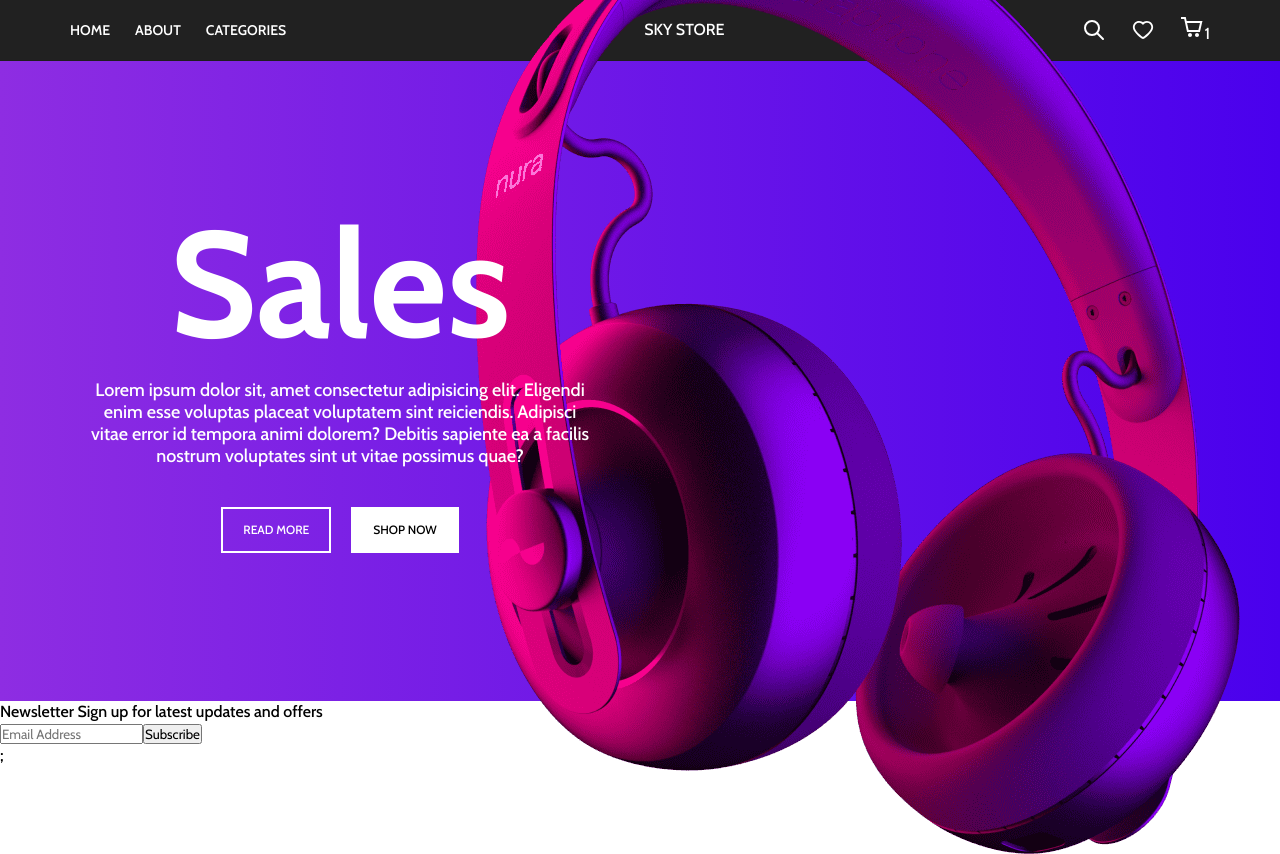
Repository: suraj-yadav7/ecommerce
Page: /
An editor plug-in stored every save of this project. The page is shown before and after the next save, followed by the edit.
The browser window is 1280 px wide. The pictures show the whole page.
The project was rebuilt for these pictures with package versions that can differ from the ones it lists, and the page was loaded fresh each time. Also part of the build but not shown: src/components/Home/Home.scss, src/components/Category/Category.scss, src/components/Category/Category.jsx, src/components/SingleProduct/SingleProduct.scss, src/components/SingleProduct/SingleProduct.jsx, src/App.scss, src/components/Header/Search/Search.scss, src/components/Header/Search/Search.jsx and 4 more.

Above is the page before, as saved 2023-06-17 14:09:04.

After the next save:
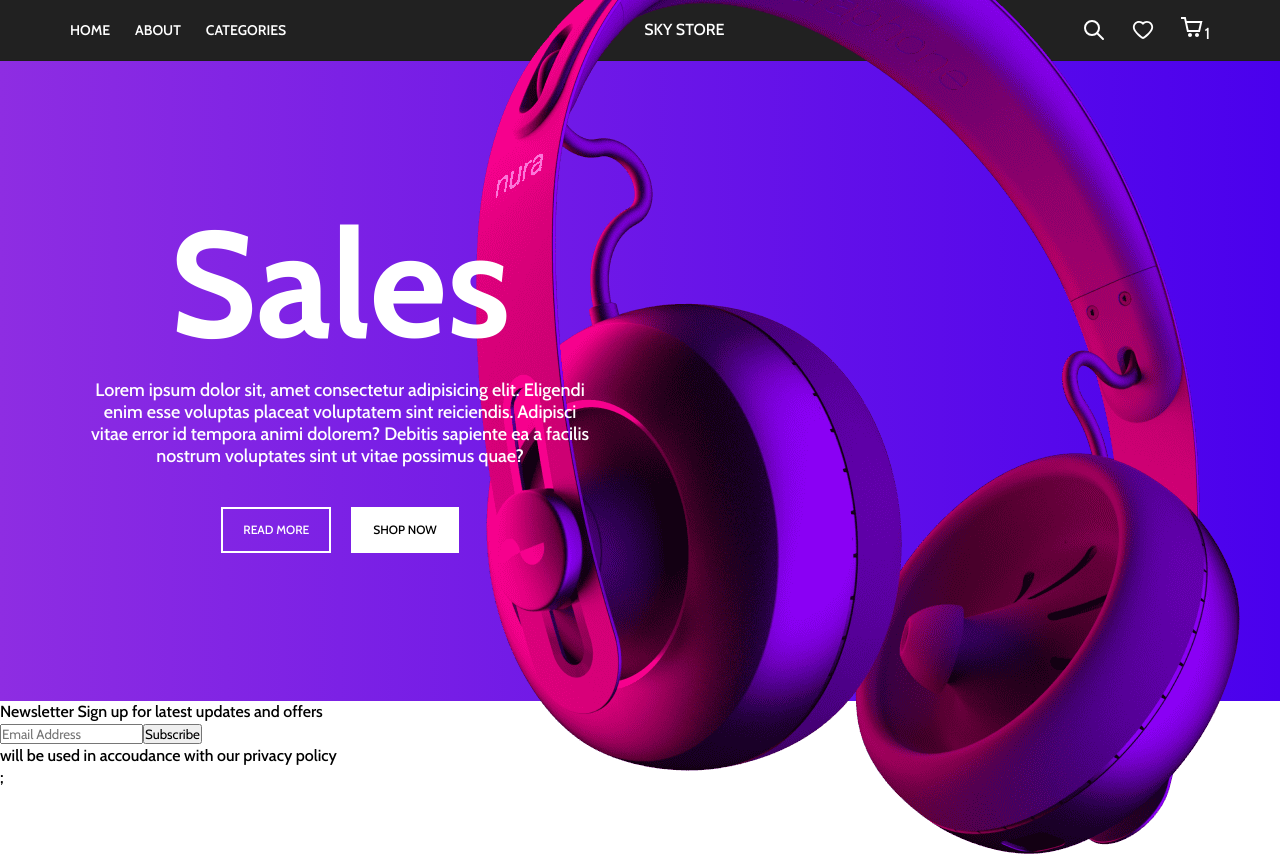
Saved 2 min 10 s later.
--- a/src/components/Footer/Newsletter/Newsletter.jsx
+++ b/src/components/Footer/Newsletter/Newsletter.jsx
@@ -18,6 +18,10 @@
                     <input type="text" placeholder="Email Address" />
                     <button>Subscribe</button>
                 </div>
+                <div className="text">will be used in accoudance with our privacy policy </div>
+                <div className="social-icons">
+                    <div className="icon"></div>
+                </div>
             </div>
         </div>;
     </>
